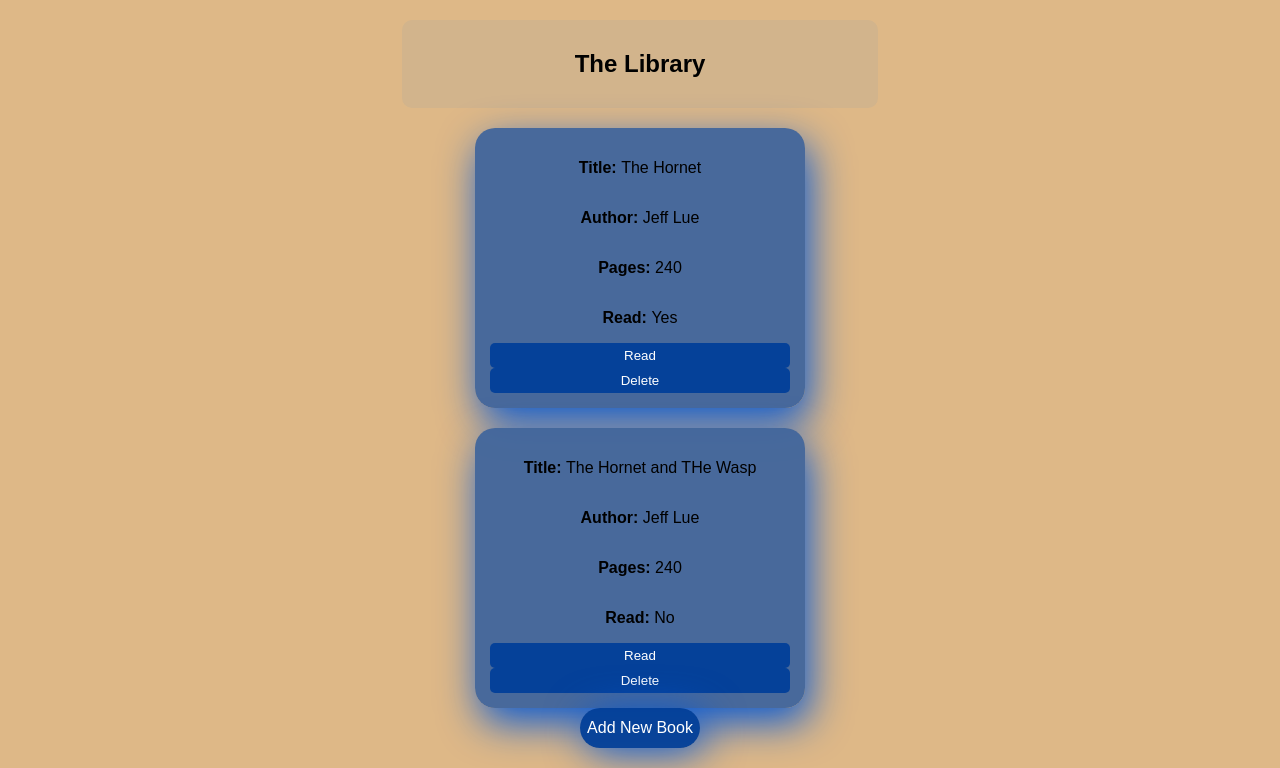
Repository: ErvinClay13/Library
Page: index.html
An editor plug-in stored every save of this project. The page is shown before and after a run of saves, followed by the edit.
The browser window is 1280 px wide. The pictures show the whole page.

Above is the page before, as saved 2025-01-11 04:53:38.

After the next 2 saves:
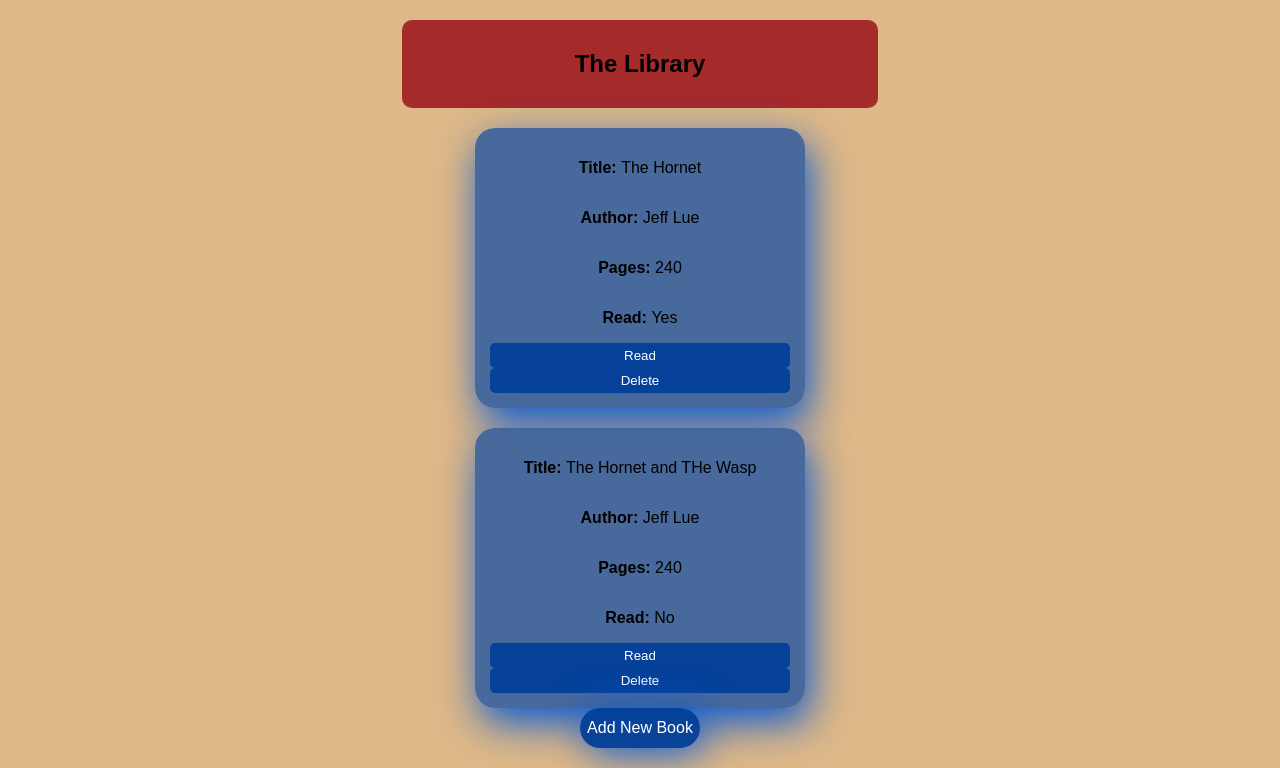
The 2 saves are shown as one change because they came seconds apart.
The last was saved 15 s later.
--- a/style.css
+++ b/style.css
@@ -20,7 +20,7 @@ body {
     display: flex;
     justify-content: space-between;
     justify-content: center;
-    background-color: tan;
+    background-color: brown;
     /* background-color: #42669df5; */
     /* box-shadow: 5px 5px 40px #0055d4f5; */
     width: 100%;
